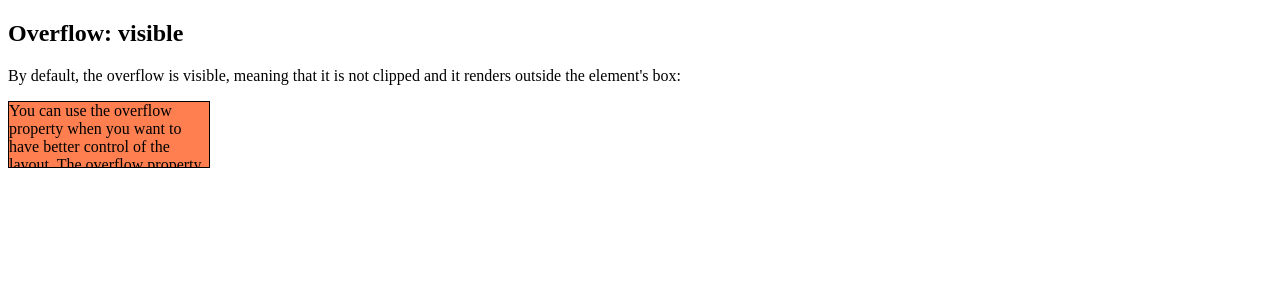
Repository: daeun0220/KB_EDU_JAVA
Page: work03_FrontUI/front02_CSS3/src/main/webapp/css12_overflow_template(w3c).html
An editor plug-in stored every save of this project. The page is shown before and after the next save, followed by the edit.
The browser window is 1280 px wide. The pictures show the whole page.

Above is the page before, as saved 2023-08-08 04:45:18.

After the next save:
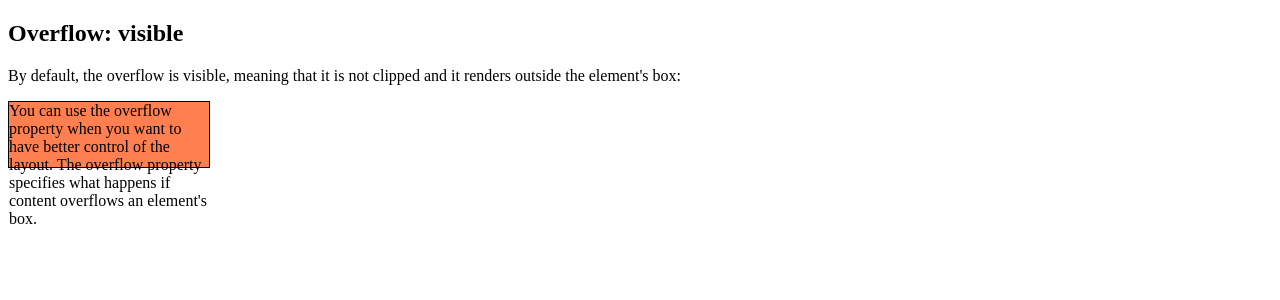
Saved 2 min 57 s later.
--- a/work03_FrontUI/front02_CSS3/src/main/webapp/css12_overflow_template(w3c).html
+++ b/work03_FrontUI/front02_CSS3/src/main/webapp/css12_overflow_template(w3c).html
@@ -7,7 +7,7 @@ div {
   width: 200px;
   height: 65px;
   border: 1px solid;
-  overflow: hidden; /*  visible, hidden, scroll, auto*/
+  overflow: visible; /*  visible, hidden, scroll, auto*/
 }
 </style>
 </head>
